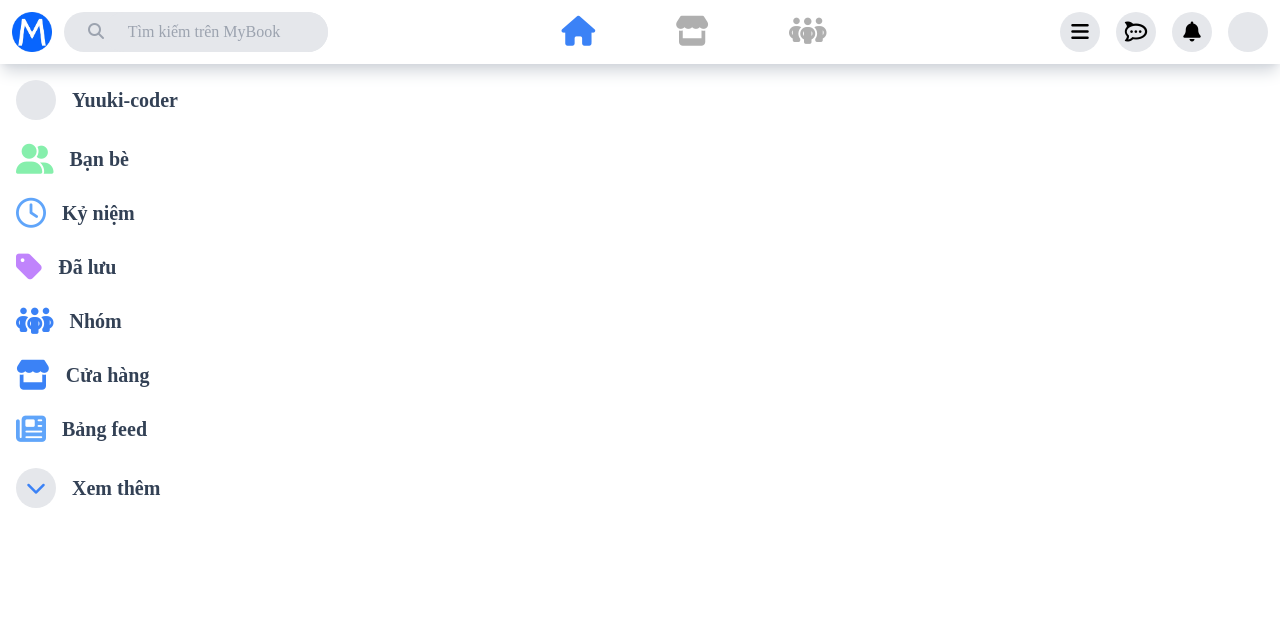
Repository: Yuukicoder/MyBook
Page: / (app in mybook/)
An editor plug-in stored every save of this project. The page is shown before and after a run of saves, followed by the edit.
The browser window is 1280 px wide. The pictures show the whole page.
The project was rebuilt for these pictures with package versions that can differ from the ones it lists, and the page was loaded fresh each time.

Above is the page before, as saved 2023-12-13 19:27:59.

After the next 2 saves:
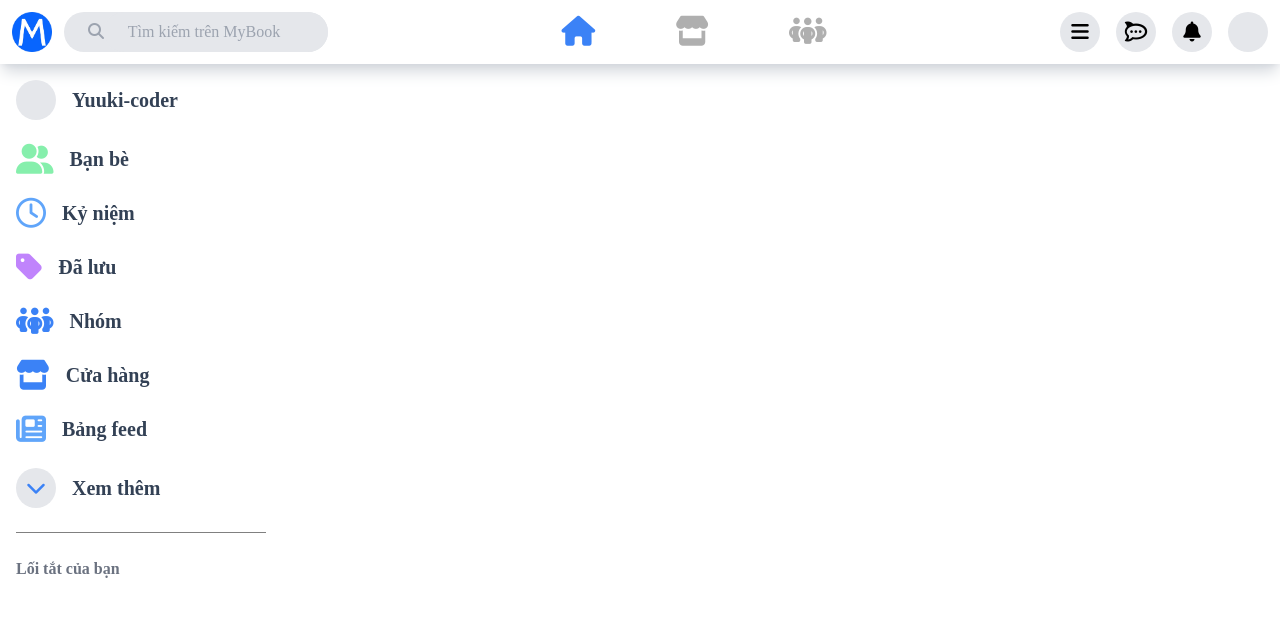
The 2 saves are shown as one change because 1 did not build or start.
The last was saved 4 min 26 s later.
--- a/mybook/src/Option.js
+++ b/mybook/src/Option.js
@@ -1,13 +1,15 @@
 import './Option.css'
-// var ButtonCollapse = () => document.getElementById("collapse").innerHTML = "Hello World";
-// function sayHello(name) {
-//     alert(`hello, ${name}`);
-//   }
+// var ButtonCollapse = () =>{
+
+//     var collapse = document.getElementById('collapse');
+// }
+
 
 var Option = (x) => {
-    function sayHello(name) {
-        alert(`hello, ${name}`);
-      }
+    var ButtonCollapse = () =>{
+
+    alert("hello")
+}
     return (
     <div class="mt-4 ml-4  grid gap-6">
 
@@ -47,16 +49,16 @@ var Option = (x) => {
         <p class="font-semibold text-xl text-slate-700">Bảng feed</p>
 
     </div>
-    <div class="flex gap-4 items-center box " >
+    <div id="Collapse"class="flex gap-4 items-center box " onclick={ButtonCollapse}>
         <div class="avatar">
 
     <i class="fa-solid fa-chevron-down text-blue-500 "></i>
         </div>
-        <p  id="Collapse"class="font-semibold text-xl text-slate-700"  onclick={sayHello('Yukki')}>Xem thêm</p>
+        <p class="font-semibold text-xl text-slate-700">Xem thêm</p>
 
     </div>
-    {/* <div class="line"></div>
-    <p class="text-base font-semibold text-gray-500">Lối tắt của bạn</p> */}
+    <div class="line"></div>
+    <p class="text-base font-semibold text-gray-500">Lối tắt của bạn</p>
     </div>
 )}
 export default Option
